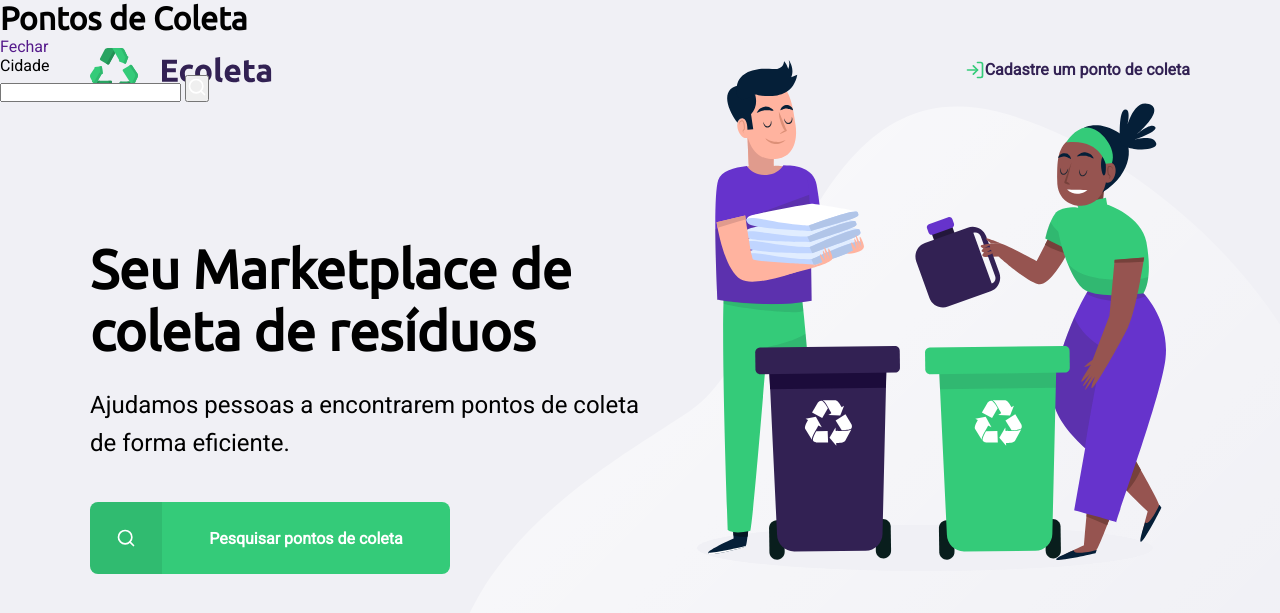
Repository: ivobass/NextLevelWeek
Page: index.html
The author's editor kept a copy of each file at every save. The page is drawn from the files as they stood at one save, then again after the next save.
The browser window is 1280 px wide. The pictures show the whole page.

Above is the page before, as saved 2020-06-03 22:45:38.

### index.html
<!DOCTYPE html>
<html lang="pt-pt">

<head>
    <meta charset="UTF-8">
    <!--aceita caracteres especiais-->
    <meta name="viewport" content="width=device-width, initial-scale=1.0">
    <title>Ecoleta</title>

    <link href="https://fonts.googleapis.com/css2?family=Roboto&family=Ubuntu:wght:wght@300;700&display=swap" rel="stylesheet">
    <link rel="stylesheet" href="/styles/main.css">
    <link rel="stylesheet" href="/styles/home.css">
    <link rel="stylesheet" href="/styles/modal.css">

    <link rel="stylesheet" href="/styles/responsive.css">

</head>

<body>

    <div id="page-home">

        <div class="content red">

            <header>
                <img src="/assets/logo.svg " alt="logomarca">
                <a href=""><span></span>Cadastre um ponto de coleta </a>

            </header>

            <main>

                <h1>Seu Marketplace de coleta de resíduos
                </h1>
                <p>Ajudamos pessoas a encontrarem pontos de coleta de forma eficiente.</p>

                <a href=""><span></span><strong>Pesquisar pontos de coleta</strong></a>
            </main>
        </div>
    </div>

    <div id="modal">
        <div class="content">
            <div class="header">
                <h1>Pontos de Coleta</h1>
                <a href="">Fechar</a>
            </div>
            <form action="">
                <label for="search">Cidade</label>
                <div class="search field">
                    <input type="text" name="search">
                    <button>
                        <img src="/assets/search.svg" alt="Buscar">
                    </button>
                </div>
            </form>
        </div>
    </div>


</body>

</html>

### styles/main.css
:root {
    --title-color: #322153;
    --primary-color: #34cb79;
}

* {
    margin: 0;
    padding: 0;
    box-sizing: border-box;
}

html {
    font-family: Roboto, sans-serif;
}

body {
    background-color: #f0f0f5;
    -webkit-font-smoothing: antialiased;
}

a {
    text-decoration: none;
}

h1,
h2,
h3,
h4,
h5,
h6 {
    --title-color: #322153;
    font-family: 'Ubuntu', sans-serif;
}


/* BOX MODEL
modelo de caixas
        toda caixa tem:
        largura, altura, espaçamento, prenchimento,
        bordas, cor, fundo, maneira como é vista por html (display)
posicionamento, alinhamentos.
        */

### styles/home.css
#page-home {
    background: url('../assets/home-background.svg') no-repeat;
    height: 100vh;
    background-position: 35vw bottom;
}

#page-home .content {
    width: 90%;
    max-width: 1100px;
    height: 100%;
    margin: 0 auto;
    display: flex;
    flex-direction: column;
}

#page-home header {
    margin-top: 48px;
    display: flex;
    align-items: center;
    justify-content: space-between;
}

#page-home header a {
    display: flex;
    color: var( --title-color);
    font-weight: 700;
}

#page-home header a span {
    margin-left: 16px;
    display: flex;
    background-image: url('/assets/log-in.svg');
    width: 20px;
    height: 20px;
}

#page-home main {
    max-width: 560px;
    flex: 1;
    display: flex;
    flex-direction: column;
    justify-content: center;
}

#page-home main h1 {
    font-size: 54px;
}

#page-home main p {
    font-size: 24px;
    line-height: 38px;
    margin-top: 24px;
}

#page-home main a {
    width: 100%;
    max-width: 360px;
    height: 72px;
    border-radius: 8px;
    display: flex;
    align-items: center;
    margin-top: 40px;
    background-color: var(--primary-color);
    transition: 400ms;
}

#page-home main a:hover {
    background-color: #2fb86e;
}

#page-home main span {
    width: 72px;
    height: 72px;
    border-top-left-radius: 8px;
    border-bottom-left-radius: 8px;
    background-color: rgba(0, 0, 0, 0.08);
    display: flex;
    align-items: center;
    justify-content: center;
}

#page-home main span::after {
    content: "";
    background-image: url('../assets/search.svg');
    width: 20px;
    height: 20px;
}

#page-home main a strong {
    flex: 1;
    color: white;
    text-align: center;
}

### styles/modal.css
#modal {
    background-color: #0e0a1400;
    height: 100vh;
    width: 100vw;
    position: fixed;
    top: 0;
}

### styles/responsive.css
@media(max-width: 900px) {
    #page-home {
        background-position-x: 70vw;
    }
    #page-home .content {
        align-items: center;
        text-align: center;
    }
    #page-home header a {
        position: absolute;
        bottom: 48px;
        left: 50%;
        transform: translateX(-50%);
    }
    #page-home main {
        align-items: center;
    }
}

@media(min-width: 1700px) {
    #page-home {
        background-position-x: 40vw;
    }
}

@media(max-heigth: 760px) {
    #page-home {
        background-position-y: 1000px;
    }
}

After the next save:
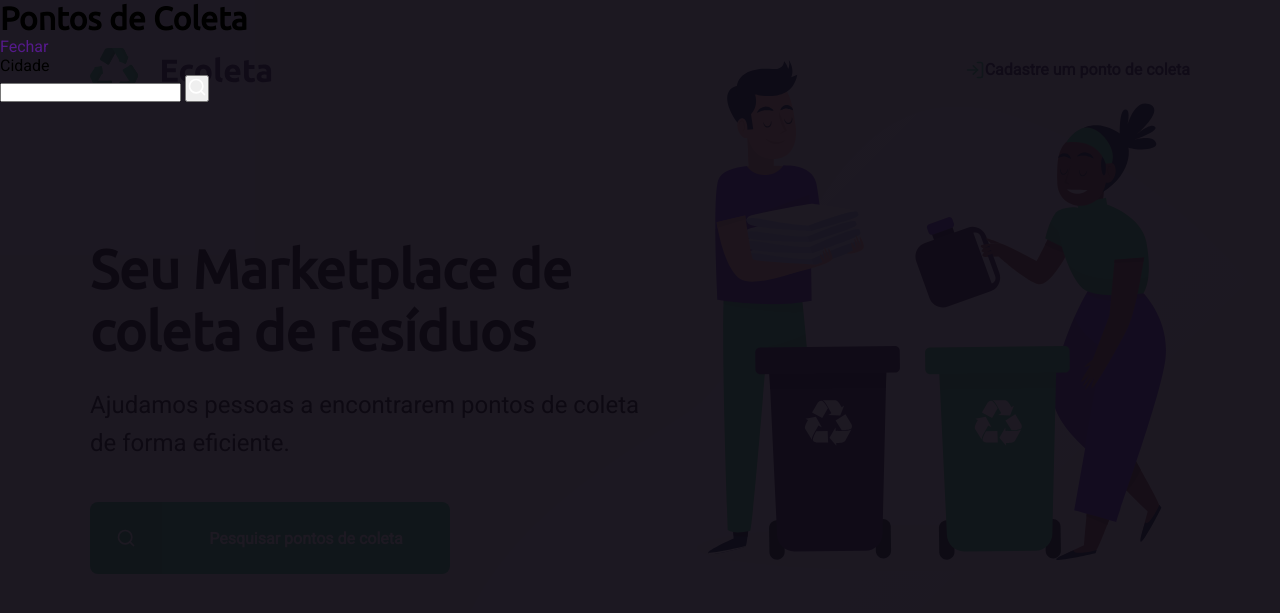
Saved 11 s later.
--- a/styles/modal.css
+++ b/styles/modal.css
@@ -1,5 +1,5 @@
 #modal {
-    background-color: #0e0a1400;
+    background-color: #0e0a14ef;
     height: 100vh;
     width: 100vw;
     position: fixed;
